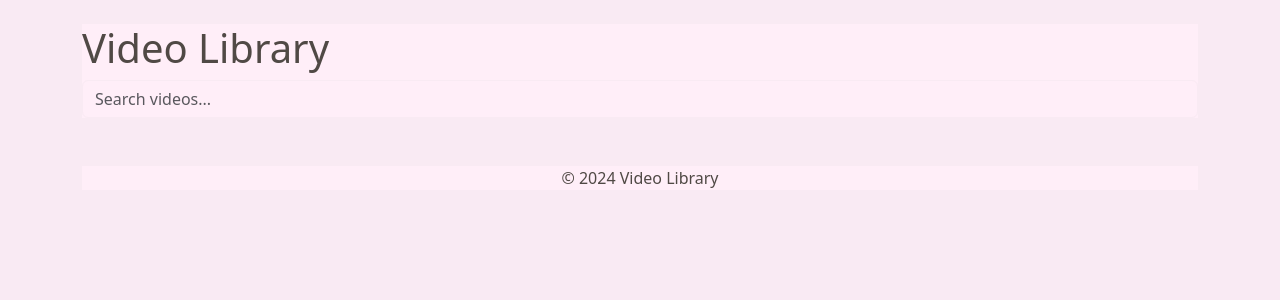
Repository: yellowspots/video_player
Page: index.html
These files come from the project's save history. The page is drawn as it stood at one moment and after the next save; the edit follows.
The browser window is 1280 px wide. The pictures show the whole page.
The page's requests for data from a server got no answer.

Above is the page before, as saved 2024-05-01 04:27:52.

### index.html
<!DOCTYPE html>
<html lang="en">
<head>
    <meta charset="UTF-8">
    <meta name="viewport" content="width=device-width, initial-scale=1.0">
    <title>gene's tiktok lair</title>
    <link href="https://cdn.jsdelivr.net/npm/bootstrap@5.3.0/dist/css/bootstrap.min.css" rel="stylesheet">
    <link rel="stylesheet" href="styles.css">
    <script src="https://code.jquery.com/jquery-3.6.0.min.js"></script>
    <script>
        function searchVideos() {
            var searchQuery = $("#search-input").val();
            $.get("/videos/", { search_query: searchQuery }, function(data) {
                var videoList = $("#video-list");
                videoList.empty();
                data.forEach(function(video) {
                    var listItem = $("<li></li>");
                    var link = $("<a></a>").attr("href", "#").text(video.title);
                    link.click(function() {
                        $("#video-player").attr("src", video.video_url);
                    });
                    listItem.append(link);
                    videoList.append(listItem);
                });
            });
        }
    </script>
</head>
<body>
    <div class="container">
        <header class="my-4">
            <h1>Video Library</h1>
            <input type="text" id="searchInput" class="form-control" placeholder="Search videos..." aria-label="Search">

        </header>
        <nav id="themeNavigation" class="mb-3"></nav>
        <section id="videoList" class="row"></section>
        <footer class="text-center mt-4">
            <p>© 2024 Video Library</p>
        </footer>
    </div>

    <script src="app.js"></script>
</body>
</html>

### styles.css
body {
    background-color: #f9eaf3; /* light baby pink */
    color: #806d5a; /* mocha */
}

header, footer {
    background-color: #ffeef8; /* slightly darker pink */
    color: #504945; /* dark mocha */
}

.btn, .form-control {
    background-color: #ffeef8;
    border-color: #f9eaf3;
}

.btn:hover, .form-control:focus {
    background-color: #fddce6; /* medium baby pink */
    border-color: #806d5a;
}

### app.js
window.onload = function() {
    fetchVideos();

    document.getElementById('searchInput').addEventListener('keyup', function(event) {
        fetchVideos(event.target.value);
    });
};

function fetchVideos(searchQuery = '') {
    fetch(`/videos/?search_query=${encodeURIComponent(searchQuery)}`)
        .then(response => response.json())
        .then(videos => displayVideos(videos))
        .catch(error => console.error('Error fetching videos:', error));
}

function displayVideos(videos) {
    const videoList = document.getElementById('videoList');
    videoList.innerHTML = videos.map(video => `
        <div class="col-md-4 mb-3">
            <div class="card">
                <img src="${video.preview_image_url}" class="card-img-top" alt="Thumbnail">
                <div class="card-body">
                    <h5 class="card-title">${video.title}</h5>
                    <p class="card-text">${video.description}</p>
                    <a href="#" class="btn btn-primary">Watch</a>
                </div>
            </div>
        </div>
    `).join('');
}

After the next save:
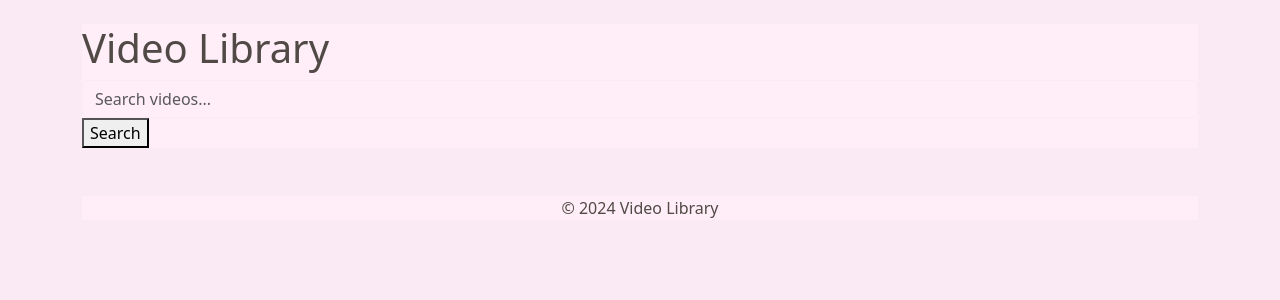
Saved 4 s later.
--- a/index.html
+++ b/index.html
@@ -31,7 +31,7 @@
         <header class="my-4">
             <h1>Video Library</h1>
             <input type="text" id="searchInput" class="form-control" placeholder="Search videos..." aria-label="Search">
-
+            <button onclick="searchVideos()">Search</button>
         </header>
         <nav id="themeNavigation" class="mb-3"></nav>
         <section id="videoList" class="row"></section>
